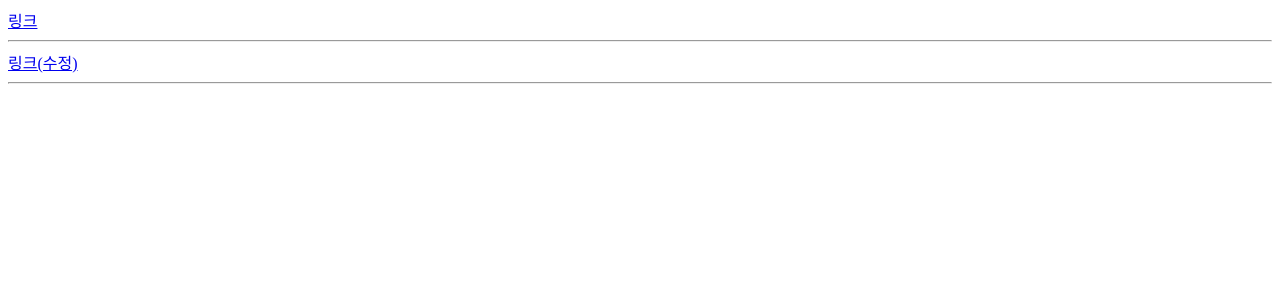
Repository: shyeom94/jspstudy
Page: 01_servlet/src/main/webapp/NewFile.html
An editor plug-in stored every save of this project. The page is shown before and after the next save, followed by the edit.
The browser window is 1280 px wide. The pictures show the whole page.

Above is the page before, as saved 2024-02-27 06:35:48.

After the next save:
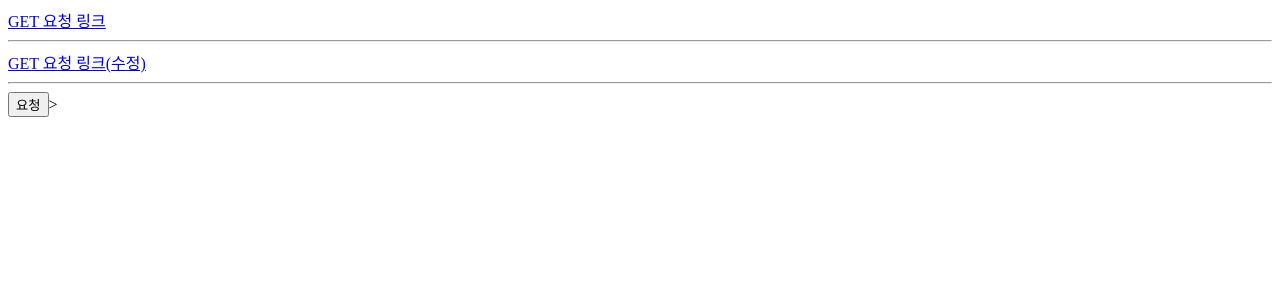
Saved 86 s later.
--- a/01_servlet/src/main/webapp/NewFile.html
+++ b/01_servlet/src/main/webapp/NewFile.html
@@ -5,10 +5,12 @@
 <title>Insert title here</title>
 </head>
 <body>
-<a href="http://localhost:8080/servlet/life">링크</a>
+<a href="http://localhost:8080/servlet/life">GET 요청 링크</a>
 <hr>
-<a href="/servlet/life">링크(수정)</a>
+<a href="/servlet/life">GET 요청 링크(수정)</a>
 <hr>
-
+<form method="POST" action="/servlet/life">
+  <button type="submit">요청</button>>
+</form>
 </body>
 </html>
